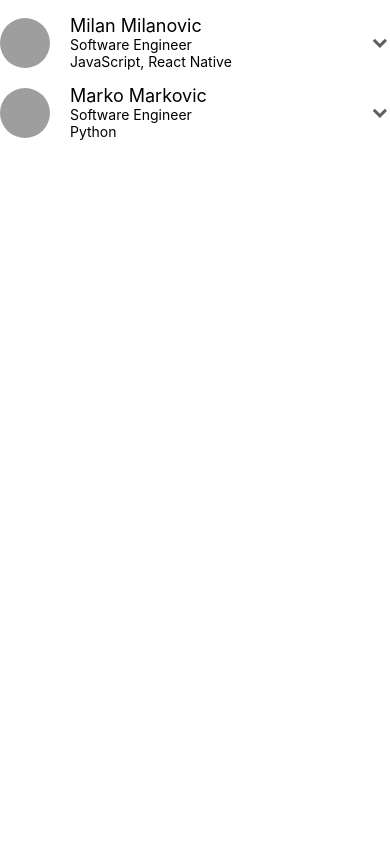
Repository: likanbl/intern-feature
Screen: /
An editor plug-in stored every save of this project. The screen is shown before and after the next save, followed by the edit.
Pictures or frames that could not be fetched are drawn as grey boxes. The app was drawn by React Native's web renderer in a window 390 px wide. The project was rebuilt for these pictures with package versions that can differ from the ones it lists, and the page was loaded fresh each time.

Above is the screen before, as saved 2019-09-16 09:31:03.

### App.js
/**
 * Sample React Native App
 * https://github.com/facebook/react-native
 *
 * @format
 * @flow
 */

import React, {Component} from 'react';

import Home from './src/components/home/Home';

export default class App extends Component {
  render() {
    return <Home></Home>;
  }
}

### src/components/home/Home.js
import React, {Component} from 'react';
import {View, FlatList, Text, StyleSheet} from 'react-native';
import {Card} from 'react-native-elements';
import {HomeItem} from './HomeItem';

const Data = [
  {
    Name: 'Milan Milanovic',
    role: 'Software Engineer',
    skills: 'JavaScript, React Native',
    additionalInfo: 'Milan Milanovic description',
  },
  {
    Name: 'Marko Markovic',
    role: 'Software Engineer',
    skills: 'Python',
    additionalInfo: 'Marko Markovic description',
  },
];
export default class Home extends Component {
  renderItem = ({item}) => <HomeItem item={item} />;

  render() {
    return (
      <View>
        <FlatList
          data={Data}
          renderItem={this.renderItem}
          keyExtractor={Data.id}
        />
      </View>
    );
  }
}

### src/components/home/HomeItem.js
import React, {Component} from 'react';
import {
  View,
  Text,
  Image,
  TouchableWithoutFeedback,
  StyleSheet,
} from 'react-native';
import PropTypes from 'prop-types';
import {images} from '../../assets/images';
import {Avatar} from 'react-native-elements';
import styles from './styles';

const propTypes = {
  item: PropTypes.object,
};

class HomeItem extends Component {
  state = {
    isSelected: false,
  };

  onPress = () => {
    this.setState((prevState, prevProps) => ({
      isSelected: !prevState.isSelected,
    }));
  };

  renderDetails = () => (
    <View style={styles.titleContainer}>
      <Text style={styles.description}>{this.props.item.additionalInfo}</Text>
    </View>
  );

  render() {
    const {isSelected} = this.state;
    return (
      <View style={styles.container}>
        <TouchableWithoutFeedback onPress={this.onPress}>
          <View style={styles.titleContainer}>
            <View>
              <Avatar
                size="medium"
                rounded
                source={{
                  uri:
                    'https://s3.amazonaws.com/uifaces/faces/twitter/ladylexy/128.jpg',
                }}
              />
            </View>
            <View style={styles.nameRole}>
              <Text style={styles.title}>{this.props.item.Name}</Text>
              <Text style={styles.role}>{this.props.item.role}</Text>
              <Text style={styles.role}>{this.props.item.skills}</Text>
            </View>
            <Image
              source={isSelected ? images.close : images.expand}
              style={styles.image}
            />
          </View>
        </TouchableWithoutFeedback>
        {isSelected && this.renderDetails()}
      </View>
    );
  }
}
HomeItem.propTypes = propTypes;

export {HomeItem};

### src/assets/images.js
export const images = {
  expand: require('../../resources/expand.png'),
  close: require('../../resources/close.png'),
};

### src/components/home/styles.js
import {StyleSheet} from 'react-native';

export default StyleSheet.create({
  container: {
    flex: 1,
    flexDirection: 'column',
    elevation: 2,
    paddingTop: 15,
    borderRadius: 4,
  },
  avatarContainer: {
    flex: 1,
    alignItems: 'flex-start',
    justifyContent: 'center',
  },
  nameRole: {
    flex: 2,
    alignItems: 'flex-start',
    justifyContent: 'center',
    marginLeft: 20,
  },

  titleContainer: {
    flexDirection: 'row',
    justifyContent: 'space-around',
    alignItems: 'center',
  },
  title: {
    flex: 1,
    fontSize: 18,
  },
  role: {
    flex: 1,
    fontSize: 14,
  },
  description: {
    flex: 1,
    fontSize: 22,
    color: 'gray',
    paddingTop: 10,
  },
  image: {
    width: 20,
    height: 20,
  },
});

After the next save:
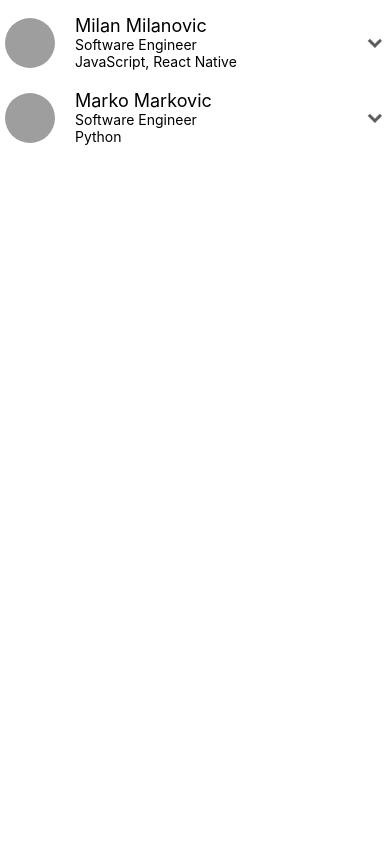
Saved 2 min 5 s later.
--- a/src/components/home/styles.js
+++ b/src/components/home/styles.js
@@ -7,6 +7,7 @@ export default StyleSheet.create({
     elevation: 2,
     paddingTop: 15,
     borderRadius: 4,
+    padding: 5,
   },
   avatarContainer: {
     flex: 1,
